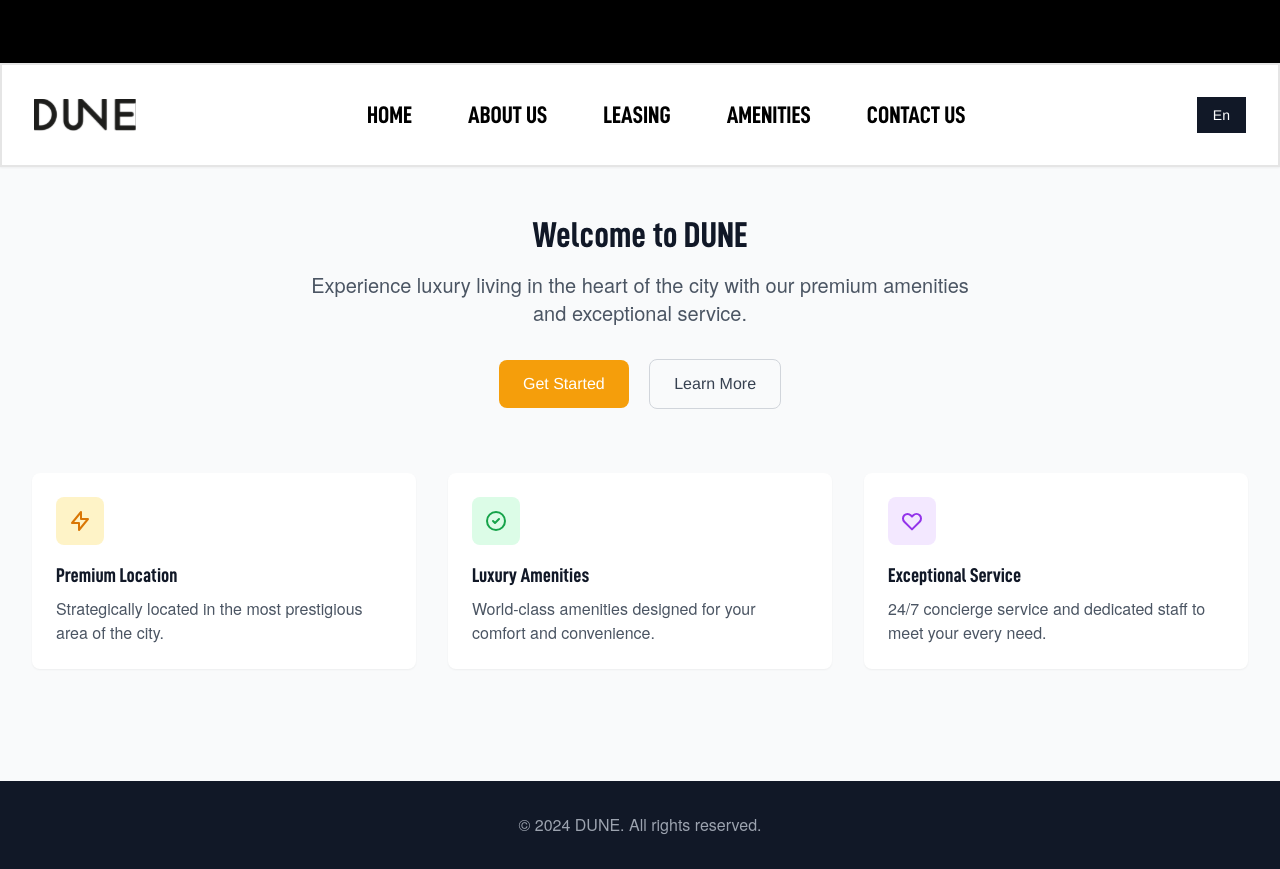
Repository: ahmedassr5765/dune
Page: index.html
These files come from the project's save history. The page is drawn as it stood at one moment and after the next save; the edit follows.
The browser window is 1280 px wide. The pictures show the whole page.
Some web fonts or font styles are not loaded; a fallback is used. Some web libraries are served in a nearby version.

Above is the page before, as saved 2025-07-12 17:46:49.

After the next save:
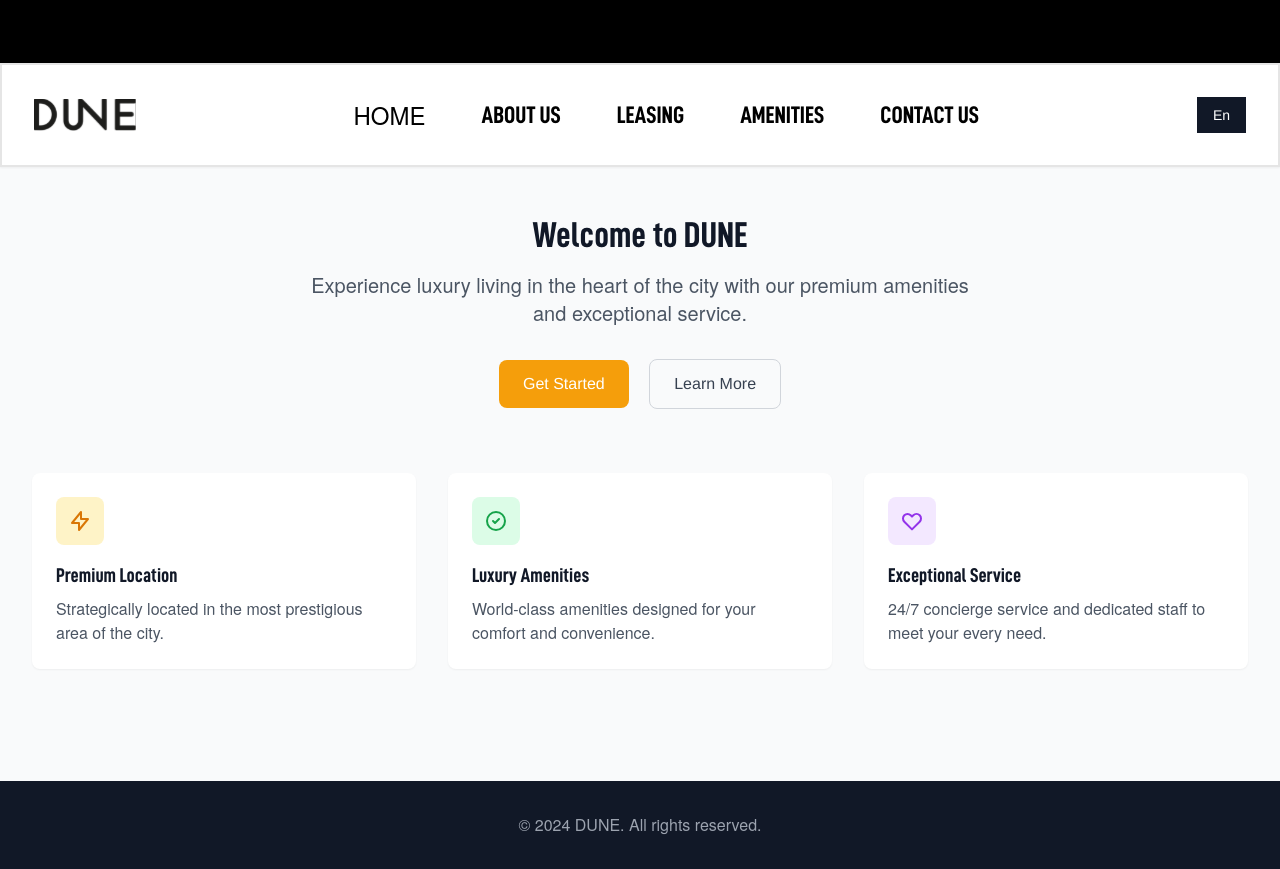
Saved 5 s later.
--- a/index.html
+++ b/index.html
@@ -116,7 +116,7 @@
                     </a>
                 </div>
                 <nav class="hidden md:flex space-x-8 nav-items">
-                    <a href="#" class="text-black hover:text-[#FBAA19] px-3 py-2 text-[24px] font-medium font-ddin transition-colors duration-200 nav-link" data-en="HOME" data-ar="الرئيسية">HOME</a>
+                    <a href="#" class="text-black hover:text-[#FBAA19] px-3 py-2 text-[24px] transition-colors duration-200 nav-link" data-en="HOME" data-ar="الرئيسية">HOME</a>
                     <a href="#" class="text-black hover:text-[#FBAA19] px-3 py-2 text-[24px] font-medium font-ddin transition-colors duration-200 nav-link" data-en="ABOUT US" data-ar="معلومات عنا">ABOUT US</a>
                     <a href="#" class="text-black hover:text-[#FBAA19] px-3 py-2 text-[24px] font-medium font-ddin transition-colors duration-200 nav-link" data-en="LEASING" data-ar="الإيجار">LEASING</a>
                     <a href="#" class="text-black hover:text-[#FBAA19] px-3 py-2 text-[24px] font-medium font-ddin transition-colors duration-200 nav-link" data-en="AMENITIES" data-ar="الخدمات">AMENITIES</a>

After the save that followed:
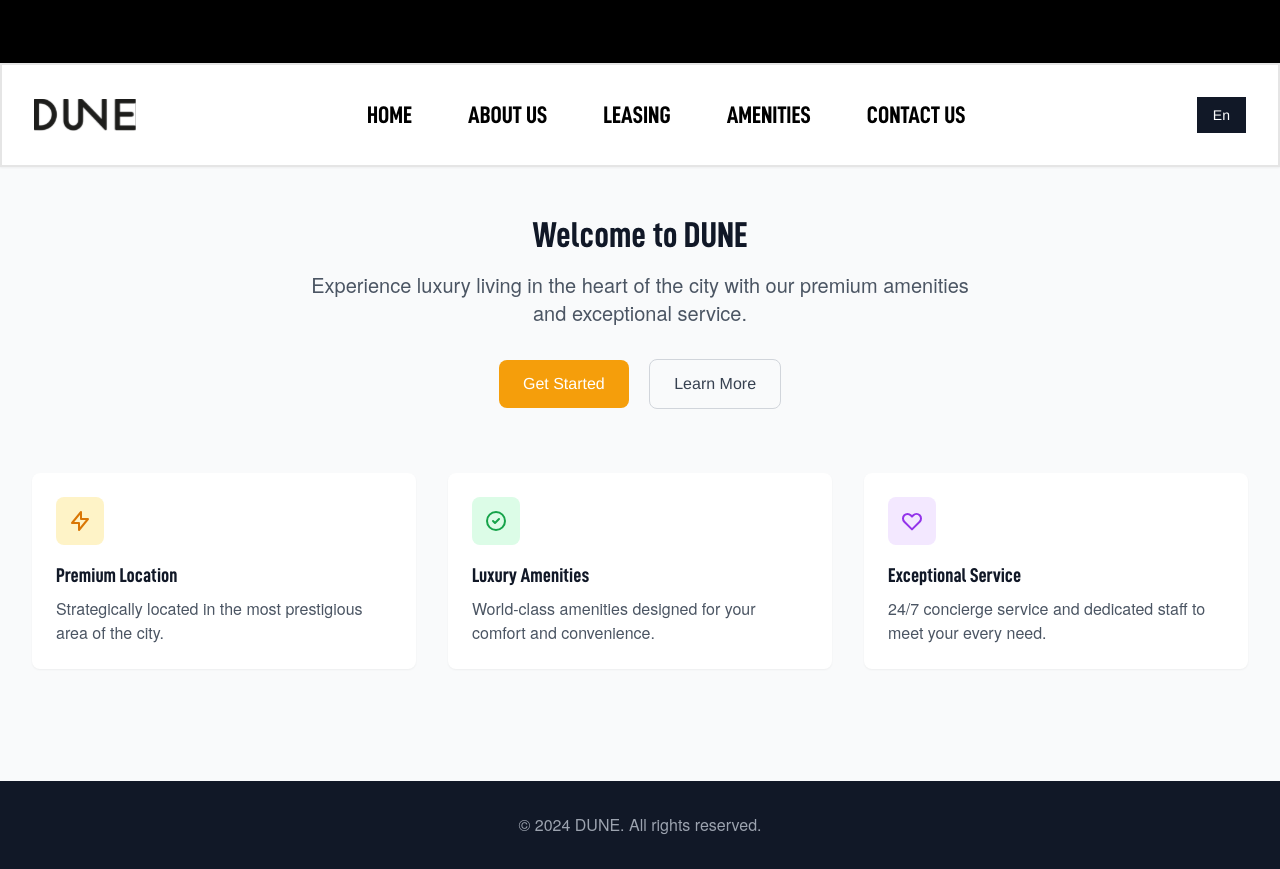
Saved 15 s later.
--- a/index.html
+++ b/index.html
@@ -116,7 +116,7 @@
                     </a>
                 </div>
                 <nav class="hidden md:flex space-x-8 nav-items">
-                    <a href="#" class="text-black hover:text-[#FBAA19] px-3 py-2 text-[24px] transition-colors duration-200 nav-link" data-en="HOME" data-ar="الرئيسية">HOME</a>
+                    <a href="#" class="text-black hover:text-[#FBAA19] px-3 py-2 text-[24px] font-medium font-ddin transition-colors duration-200 nav-link" data-en="HOME" data-ar="الرئيسية">HOME</a>
                     <a href="#" class="text-black hover:text-[#FBAA19] px-3 py-2 text-[24px] font-medium font-ddin transition-colors duration-200 nav-link" data-en="ABOUT US" data-ar="معلومات عنا">ABOUT US</a>
                     <a href="#" class="text-black hover:text-[#FBAA19] px-3 py-2 text-[24px] font-medium font-ddin transition-colors duration-200 nav-link" data-en="LEASING" data-ar="الإيجار">LEASING</a>
                     <a href="#" class="text-black hover:text-[#FBAA19] px-3 py-2 text-[24px] font-medium font-ddin transition-colors duration-200 nav-link" data-en="AMENITIES" data-ar="الخدمات">AMENITIES</a>
